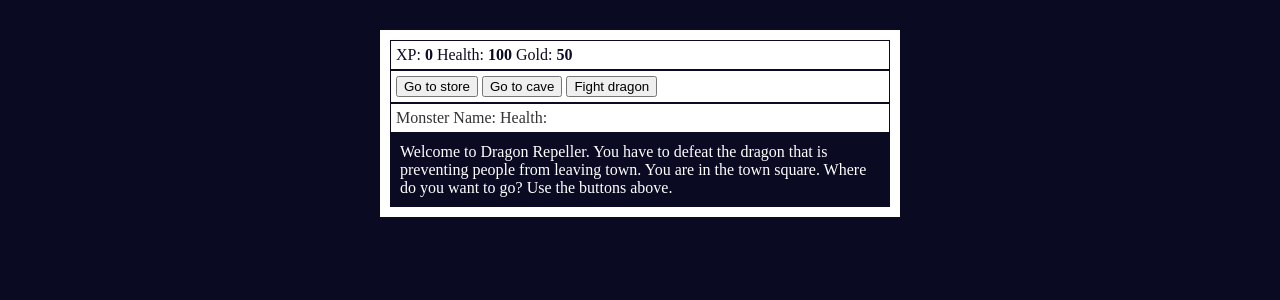
Repository: Lungdjos/role_playing_game
Page: index.html
An editor plug-in stored every save of this project. The page is shown before and after a run of saves, followed by the edit.
The browser window is 1280 px wide. The pictures show the whole page.

Above is the page before, as saved 2024-02-07 08:31:01.

### index.html
<!DOCTYPE html>
<html lang="en">

<head>
    <meta charset="UTF-8">
    <meta name="viewport" content="width=device-width, initial-scale=1.0">
    <title>RPG - Dragon Repeller</title>
    <link rel="stylesheet" href="./styles.css">

</head>

<body>
    <div id="game">
        <div id="stats">
            <span class="stat">XP: <strong><span id="xpText">0</span></strong>
            </span>
            <span class="stat">Health: <strong><span id="healthText">100</span></strong>
            </span>
            <span class="stat">Gold: <strong><span id="goldText">50</span></strong>
            </span>
        </div>
        <div id="controls">
            <button id="button1">Go to store</button>
            <button id="button2">Go to cave</button>
            <button id="button3">Fight dragon</button>
        </div>
        <div id="monsterStats">
            <span class="stat">
                Monster Name: <strong><span id="monsterName"></span></strong>
            </span>
            <span class="stat">
                Health: <strong><span id="monsterHealth"></span></strong>
            </span>
        </div>
        <div id="text">
            Welcome to Dragon Repeller. You have to defeat the dragon that is preventing people from leaving town. You are in the town square. Where do you want to go? Use the buttons above.
        </div>
    </div>

    <!-- JavaScript files -->
    <script src="./script.js"></script>
</body>

</html>

### styles.css
/** Main CSS */

body {
    background-color: #0a0a23;
}


/* text styling */

#text {
    background-color: #0a0a23;
    color: #fff;
    padding: 10px;
}


/* game styling */

#game {
    background-color: #fff;
    color: #fff;
    max-width: 500px;
    max-height: 400px;
    margin: 30px auto 0 auto;
    padding: 10px;
}


/* stats and controls styling */

#controls,
#stats {
    border: 1px solid #0a0a23;
    color: #0a0a23;
    padding: 5px;
}


/* monster stats styling */

#monsterStats {
    border: 1px solid #0a0a23;
    padding: 5px;
    color: #333333;
}

### script.js
/**
 * Main JavaScript
 */

'use strict';

// variables
let xp = 0;
let health = 100;
let gold = 50;
let currentWeapon = 0;
let fighting;
let monsterHealth;
let inventory = ['stick'];

// query selectors
const button1 = document.querySelector('#button1');
const button2 = document.querySelector('#button2');
const button3 = document.querySelector('#button3');

After the next 2 saves:
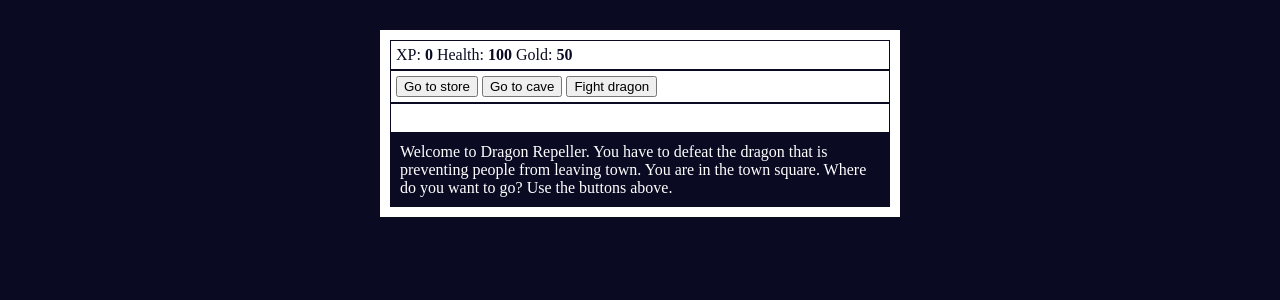
The 2 saves are shown as one change because they came seconds apart.
The last was saved 6 s later.
--- a/styles.css
+++ b/styles.css
@@ -41,5 +41,5 @@ body {
 #monsterStats {
     border: 1px solid #0a0a23;
     padding: 5px;
-    color: #333333;
+    color: #fff;
 }
